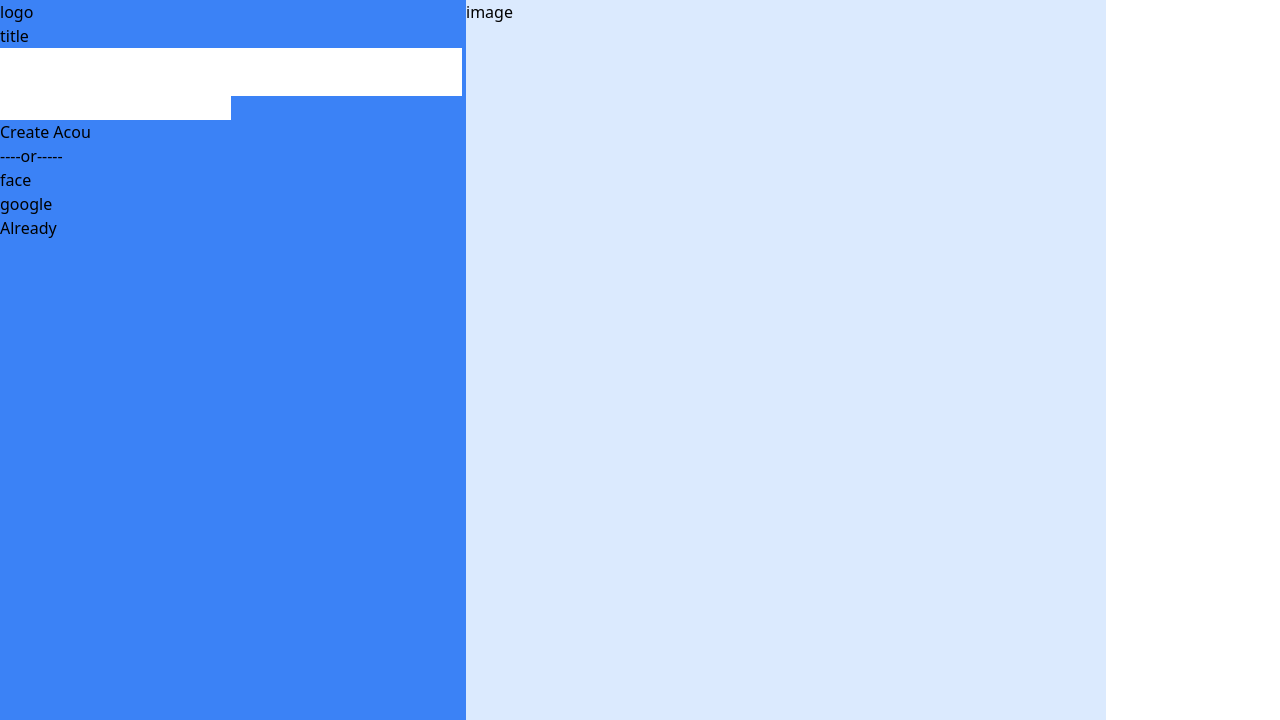
Repository: Abdibaye/Job-Sphere
Page: /
These files come from the project's save history. The page is drawn as it stood at one moment and after the next save; the edit follows.
The browser window is 1280 px wide. The pictures show the whole page.
The project was rebuilt for these pictures with package versions that can differ from the ones it lists, and the page was loaded fresh each time. Also part of the build but not shown: vite.config.js, src/components/navbar.jsx, src/components/search.jsx, src/components/job.jsx, src/components/feed.jsx, src/components/saved.jsx, src/components/filter.jsx, src/components/pagination.jsx and 2 more.

Above is the page before, as saved 2025-02-18 10:10:41.

After the next save:
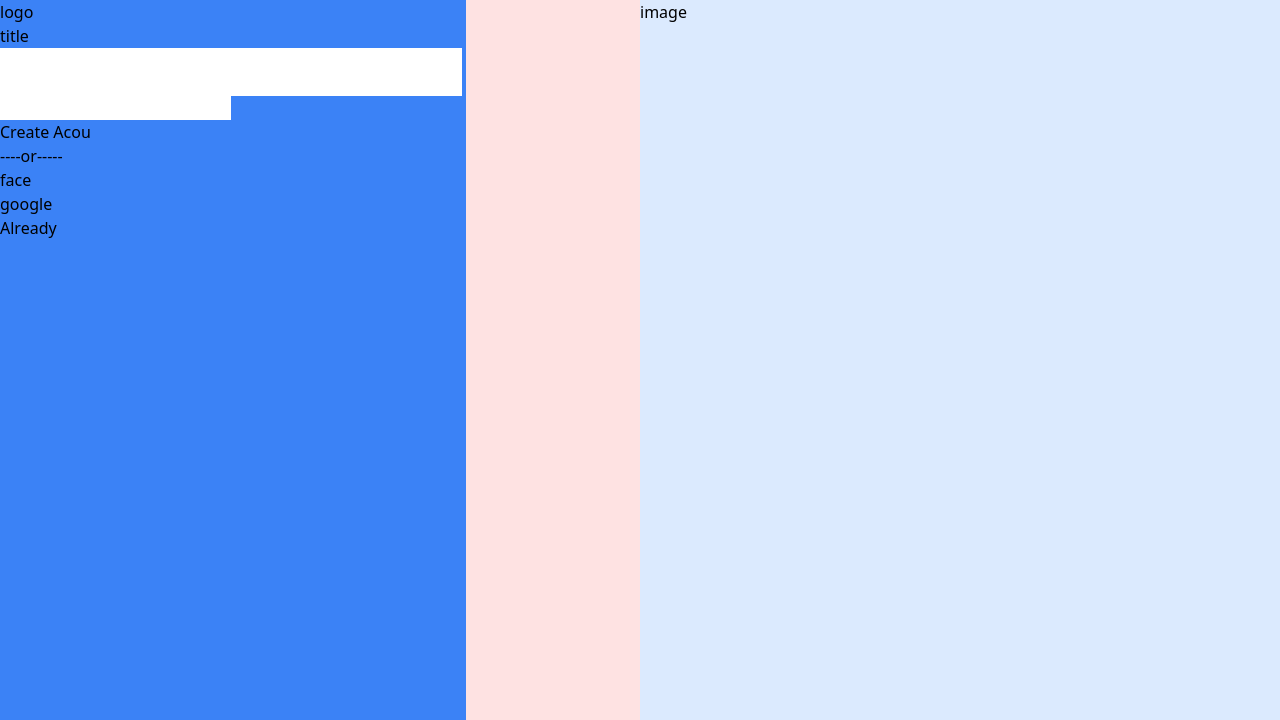
Saved 14 s later.
--- a/src/pages/Signup.jsx
+++ b/src/pages/Signup.jsx
@@ -5,8 +5,8 @@ import React from "react"
 function SignUp() {
     return(
         <div className="flex h-screen ">
-            <div className="flex justify-items-center w-[466px] bg-red-100 w-1/2">
-              <div className=" bg-blue-500">
+            <div className="flex justify-items-center  bg-red-100 w-1/2">
+              <div className="w-[466px] bg-blue-500">
                  <div>logo</div>
                  <h1>title</h1>
                  <div>
